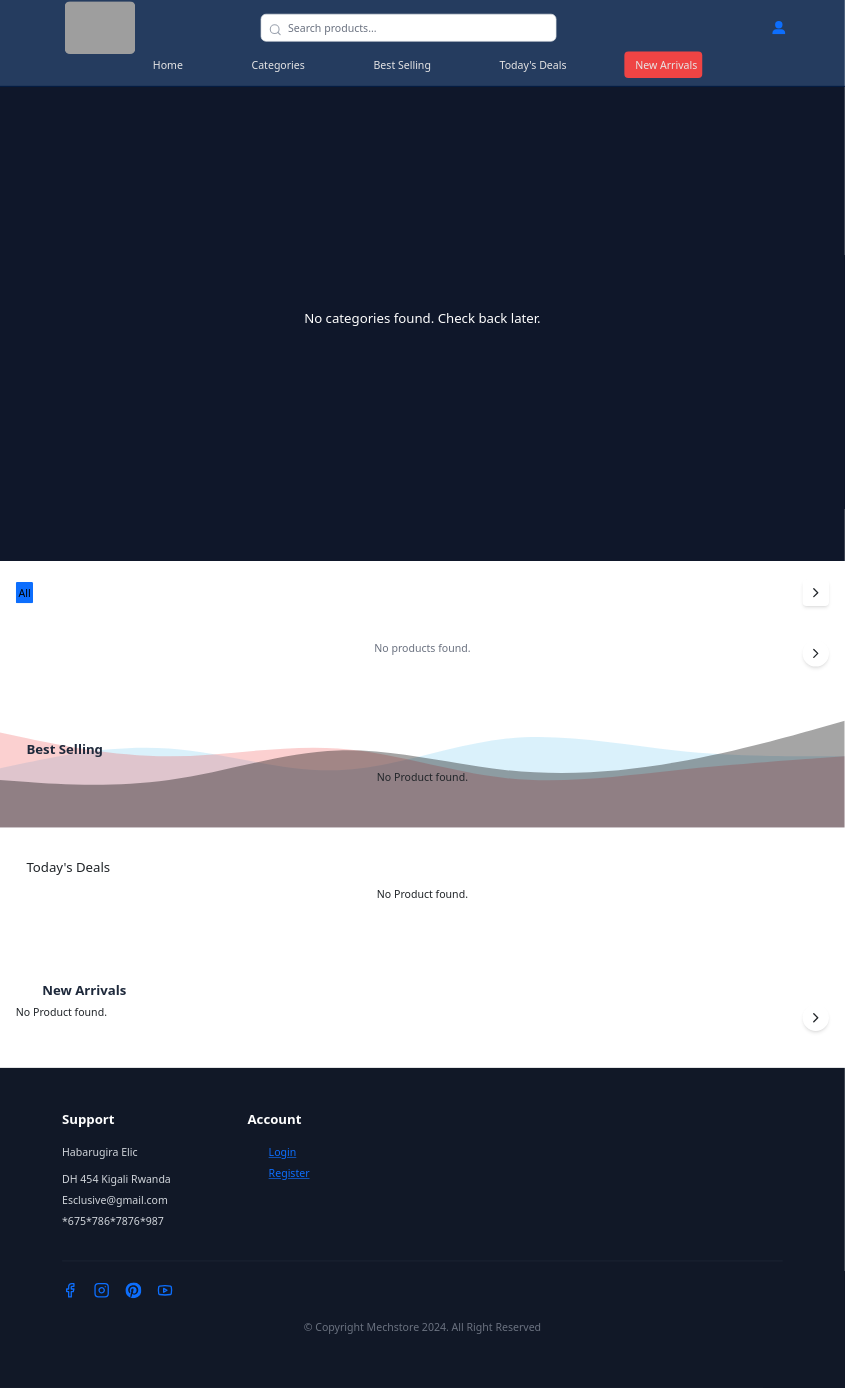
Repository: magicdeveloper250/future
Page: / (app in frontend/)
The author's editor kept a copy of each file at every save. The page is drawn from the files as they stood at one save, then again after the next save.
The browser window is 1280 px wide. The pictures show the whole page, at 66% of full size.
Pictures or frames that could not be fetched are drawn as grey boxes. The page's requests for data from a server got no answer. The project was rebuilt for these pictures with package versions that can differ from the ones it lists, and the page was loaded fresh each time. No one was signed in, and anything a server would have sent is missing. Also part of the build but not shown: frontend/vite.config.js, frontend/src/hooks/useUser.js, frontend/src/components/Sidebar.jsx, frontend/src/components/Header.jsx, frontend/src/pages/DashboardPage.jsx, frontend/src/pages/ProductPage.jsx, frontend/src/components/ProductT.jsx, frontend/src/components/Card.jsx and 18 more.

Above is the page before, as saved 2025-03-26 16:08:22.

After the next save:
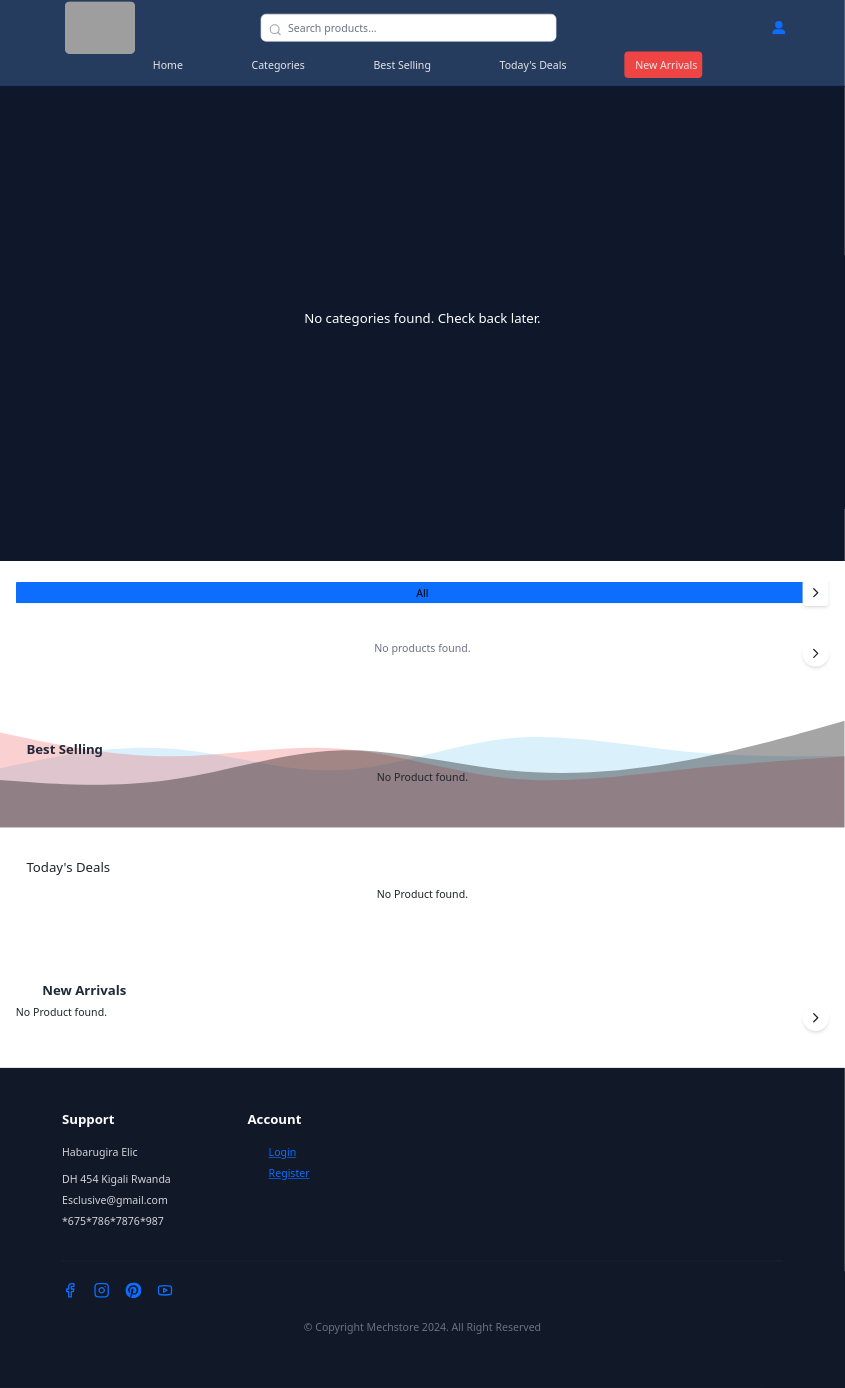
Saved 2 min 13 s later.
--- a/frontend/src/components/CategoriesScroller/CategoriesScroller.jsx
+++ b/frontend/src/components/CategoriesScroller/CategoriesScroller.jsx
@@ -65,7 +65,7 @@
               <button
                 key={type}
                 onClick={() => setSelectedFilter(type)}
-                className={`p-1 rounded-sm transition-colors w-auto ${
+                className={`p-1 rounded-sm transition-colors w-full ${
                   selectedFilter === type
                     ? "bg-primary text-black"
                     : "bg-gray-100 hover:bg-gray-200 text-gray-800 "

After the save that followed:
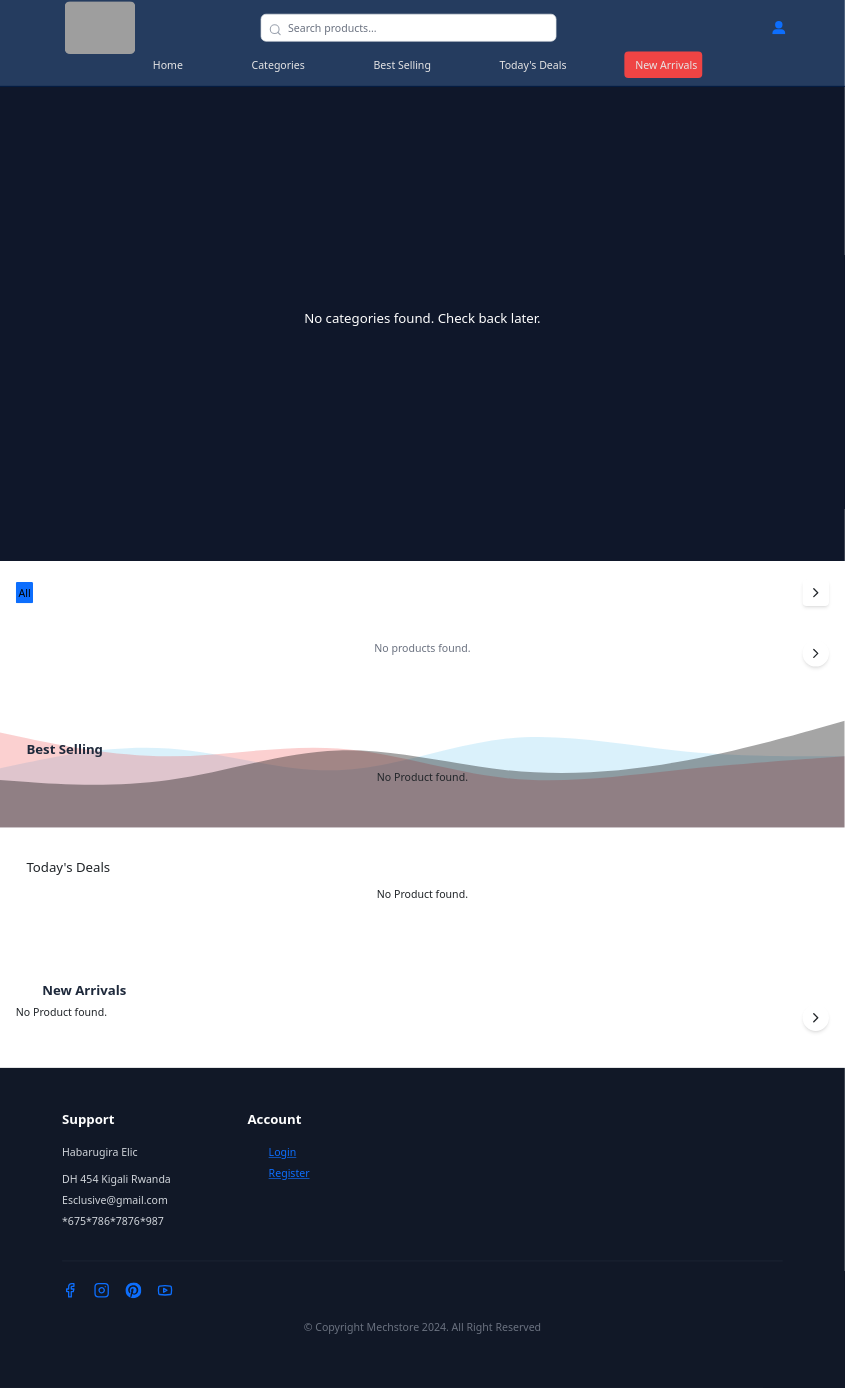
Saved 55 s later.
--- a/frontend/src/components/CategoriesScroller/CategoriesScroller.jsx
+++ b/frontend/src/components/CategoriesScroller/CategoriesScroller.jsx
@@ -65,7 +65,7 @@
               <button
                 key={type}
                 onClick={() => setSelectedFilter(type)}
-                className={`p-1 rounded-sm transition-colors w-full ${
+                className={`p-1 rounded-sm transition-colors w-max ${
                   selectedFilter === type
                     ? "bg-primary text-black"
                     : "bg-gray-100 hover:bg-gray-200 text-gray-800 "
